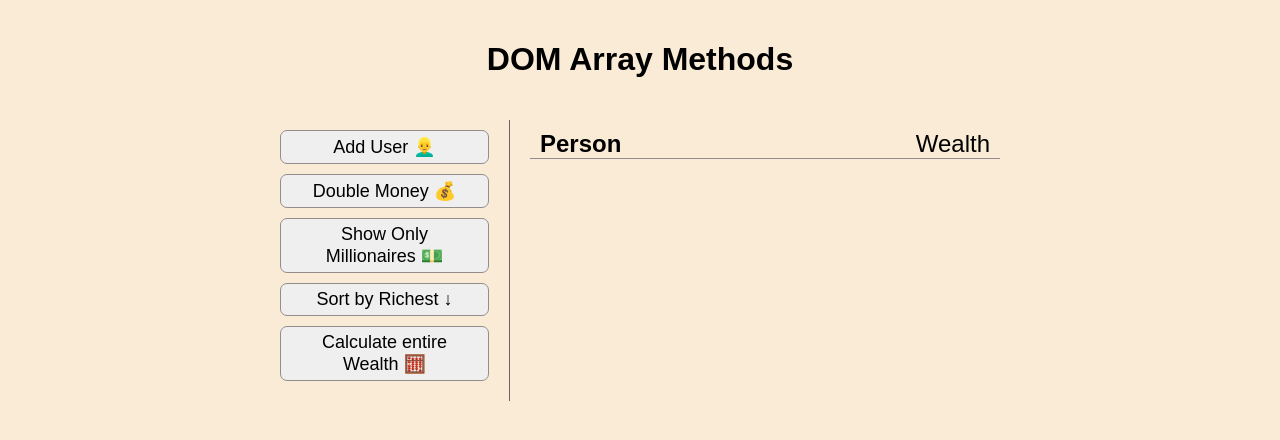
Repository: AbrorjonKuchkarov/DOM-Array-Methods
Page: index.html
The author's editor kept a copy of each file at every save. The page is drawn from the files as they stood at one save, then again after the next save.
The browser window is 1280 px wide. The pictures show the whole page.

Above is the page before, as saved 2022-02-24 15:48:16.

### index.html
<!DOCTYPE html>
<html lang="en">
<head>
   <meta charset="UTF-8">
   <meta http-equiv="X-UA-Compatible" content="IE=edge">
   <meta name="viewport" content="width=device-width, initial-scale=1.0">
   <link rel="stylesheet" href="style.css">
   <title>DOM Array Methods</title>
</head>
<body>
   <h1>DOM Array Methods</h1>
      <div class="container">
         <aside class="btns">
            <button id="add-user">Add User 👱‍♂️</button>
            <button id="double">Double Money 💰</button>
            <button id="show-millionaires">Show Only Millionaires 💵</button>
            <button id="sort">Sort by Richest ↓</button>
            <button id="calculate-wealth">Calculate entire Wealth 🧮</button>
         </aside>

         <main id="main">
            <h2><strong>Person</strong> Wealth</h2>
         </main>


      </div>



   <script src="app.js"></script>
</body>
</html>

### style.css
*{
   box-sizing: border-box;
}

body{
   margin: 0;
   padding: 20px;
   display: flex;
   flex-direction: column;
   align-items: center;
   height: 100vh;
   font-family: Arial, Helvetica, sans-serif;
   background-color: antiquewhite;
}

.container{
   display: flex;
   max-width: 100%;
   width: 800px;
   padding: 20px;
   margin: 0 auto;
}

aside {
   padding: 10px 20px;
   border-right: 1px solid #6d6565;
   width: 250px;
}

button {
   display: block;
   width: 100%;
   font-size: 18px;
   margin-bottom: 10px;
   border-radius: 7px;
   outline: none;
   padding: 5px 15px;
   border: 1px solid rgb(148, 140, 140);
}

main{
   flex: 1;
   padding: 10px 20px;
}

h2{
   border-bottom: 1px solid rgb(148, 140, 140);
   display: flex;
   justify-content: space-between;
   font-weight: 300;
   padding: 0 10px;
   margin: 0px;
}

Loaded but not shown: app.js (no copy from this time; the picture is the same without it)

After the next save:
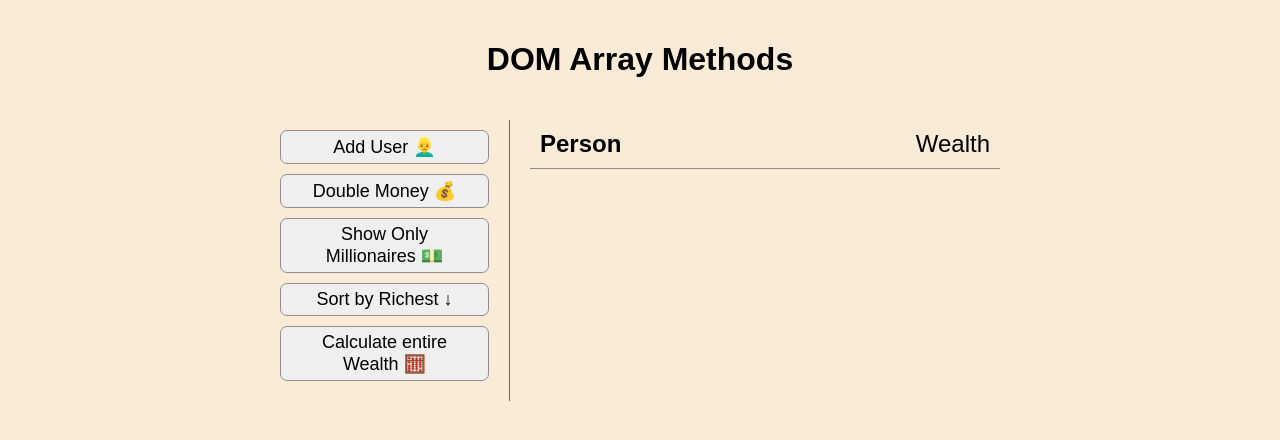
Saved 12 s later.
--- a/style.css
+++ b/style.css
@@ -48,6 +48,6 @@ h2{
    display: flex;
    justify-content: space-between;
    font-weight: 300;
-   padding: 0 10px;
+   padding: 0 10px 10px 10px;
    margin: 0px;
 }
